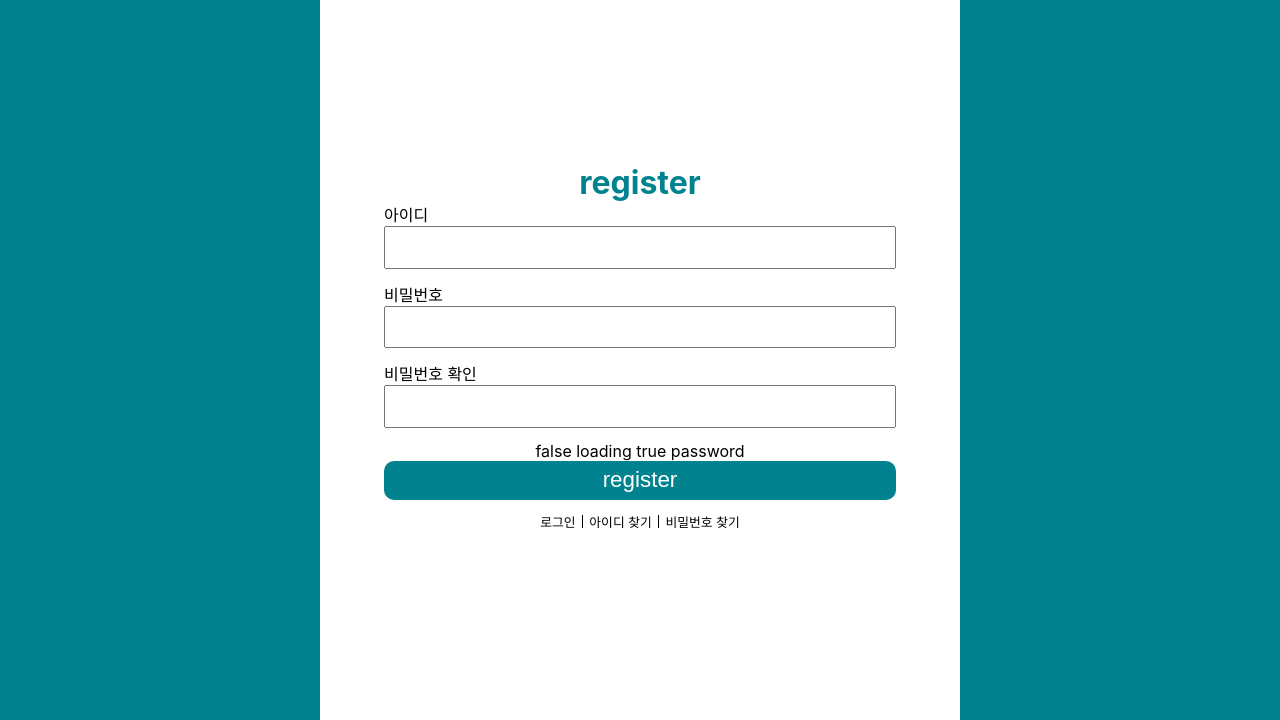
Repository: SeungYn/ticktickup-client
Page: /register
An editor plug-in stored every save of this project. The page is shown before and after the next save, followed by the edit.
The browser window is 1280 px wide. The pictures show the whole page.
The project was rebuilt for these pictures with package versions that can differ from the ones it lists, and the page was loaded fresh each time. Also part of the build but not shown: src/App.tsx, src/pages/Main.tsx, src/pages/TimeDetail.tsx, src/pages/MyInfo.tsx, src/containers/auth/LoginFormContainer.tsx, src/pages/LoginPage.tsx.

Above is the page before, as saved 2023-01-03 21:01:38.

### src/index.tsx
import React from 'react';
import ReactDOM from 'react-dom/client';
import { createBrowserRouter, RouterProvider } from 'react-router-dom';

import './index.css';
import App from './App';
import Main from './pages/Main';
import TimeDetail from './pages/TimeDetail';
import MyInfo from './pages/MyInfo';
import LoginContainer from './pages/LoginPage';
import RegisterPage from './pages/RegisterPage';
import { Provider } from 'react-redux';
import { store } from './modules';

const root = ReactDOM.createRoot(
  document.getElementById('root') as HTMLElement
);

const router = createBrowserRouter([
  {
    path: '/',
    element: <App />,
    children: [
      { index: true, element: <Main /> },
      {
        path: 'TimeDetail',
        element: <TimeDetail />,
      },
      {
        path: 'Myinfo',
        element: <MyInfo />,
      },
    ],
  },
  {
    path: 'Login',
    element: <LoginContainer />,
  },
  {
    path: 'register',
    element: <RegisterPage />,
  },
]);

root.render(
  <Provider store={store}>
    <RouterProvider router={router}></RouterProvider>
  </Provider>
);

### src/index.css
* {
  box-sizing: border-box;
}

html {
  height: 100%;
  width: 100%;
}

body {
  margin: 0;
  font-family: -apple-system, BlinkMacSystemFont, 'Segoe UI', 'Roboto', 'Oxygen',
    'Ubuntu', 'Cantarell', 'Fira Sans', 'Droid Sans', 'Helvetica Neue',
    sans-serif;
  -webkit-font-smoothing: antialiased;
  -moz-osx-font-smoothing: grayscale;
  height: 100%;
  width: 100%;
}

code {
  font-family: source-code-pro, Menlo, Monaco, Consolas, 'Courier New',
    monospace;
}

#root {
  height: 100%;
  width: 100%;
  background-color: #00838f;
  display: flex;
  justify-content: center;
}

input {
  outline: none;
}

h1,
h2 {
  margin: 0;
}

button {
  outline: none;
  background: none;
  border: none;
  cursor: pointer;
  padding: 0;
}

a {
  text-decoration: none;
  color: black;
}

a:visited {
  color: black;
}

### src/pages/RegisterPage.tsx
import React from 'react';
import RegisterFormContainer from '../containers/auth/RegisterFormContainer';

export default function RegisterPage() {
  const onSubmit = (e: React.FormEvent<HTMLFormElement>) => {
    e.preventDefault();
    console.log('submit');
  };
  return <RegisterFormContainer />;
}

### src/modules/index.ts
import { configureStore } from '@reduxjs/toolkit';
import authReducer from './auth';
import loadingReducer from './Loading';

export const store = configureStore({
  reducer: { auth: authReducer, loading: loadingReducer },
});
export type RootState = ReturnType<typeof store.getState>;
export type AppDispatch = typeof store.dispatch;

### src/containers/auth/RegisterFormContainer.tsx
import React from 'react';
import { useDispatch, useSelector } from 'react-redux';
import AuthForm from '../../components/auth/AuthForm';
import { AppDispatch, RootState } from '../../modules';
import { authRegister, changeField } from '../../modules/auth';

export default function RegisterFormContainer() {
  const { register } = useSelector((state: RootState) => state.auth);
  const { loading } = useSelector((state: RootState) => state);
  const dispatch = useDispatch<AppDispatch>();
  const onSubmit = (e: React.FormEvent<HTMLFormElement>) => {
    e.preventDefault();
    console.log('submit');
    dispatch(
      authRegister({ username: register.username, password: register.password })
    );
  };

  const onChange = (e: React.ChangeEvent<HTMLInputElement>) => {
    const { name, value } = e.target;
    dispatch(changeField({ form: 'register', name, value }));
  };

  return (
    <AuthForm
      type={'register'}
      form={register}
      onChange={onChange}
      onSubmit={onSubmit}
      loading={loading.loading}
      passwordMatch={register.passwordMatch}
    />
  );
}

### src/modules/auth.ts
import { AxiosResponse } from 'axios';
import {
  createAsyncThunk,
  createSlice,
  current,
  PayloadAction,
} from '@reduxjs/toolkit';
import { AppDispatch } from '.';
import AuthService from '../service/authService';
import { finishLoading, startLoading } from './Loading';

const authService = AuthService.getHttpInstance();

export interface AuthSuccessResponse {
  username: string;
  token: string;
}

export interface AuthFailResponse {
  error: string;
}

export type Register = {
  username: string;
  password: string;
  passwordConfirm: string;
  passwordMatch: boolean;
  [key: string]: string | boolean;
};

export type Login = {
  username: string;
  password: string;
  [key: string]: string;
};

export const authRegister = createAsyncThunk<
  { token: string; username: string },
  { username: string; password: string },
  {
    rejectValue: AuthFailResponse;
    dispatch: AppDispatch;
  }
>('auth/REGISTER', async (form, thunkAPI) => {
  console.log('async');
  console.log(thunkAPI);
  thunkAPI.dispatch(startLoading());
  try {
    const res = (await authService.signup(
      form.username,
      form.password
    )) as AxiosResponse;
    return res.data;
  } catch (e) {
    console.log(e, 'error');
    return thunkAPI.rejectWithValue({ error: e as string });
  } finally {
    thunkAPI.dispatch(finishLoading());
  }
});

export const authLogin = createAsyncThunk(
  'auth/LOGIN',
  async (form: Login, thunkAPI) => {
    thunkAPI.dispatch(startLoading());
    try {
      return { payload: { token: '123', username: '123' } };
    } catch (e) {
      return thunkAPI.rejectWithValue({ error: '123' });
    } finally {
      thunkAPI.dispatch(finishLoading());
    }
  }
);

interface InitialAuthFormState {
  register: Register;
  login: Login;
  authError: string | null | undefined;
  authDuplicateError: string | null;
  auth: null | { [key: string]: string };
}

const initialAuthFormState: InitialAuthFormState = {
  register: {
    username: '',
    password: '',
    passwordConfirm: '',
    passwordMatch: true,
  },

  login: {
    username: '',
    password: '',
  },
  authError: null,
  authDuplicateError: null,
  auth: null,
};

const authSlice = createSlice({
  name: 'authForm',
  initialState: initialAuthFormState,
  reducers: {
    changeField: (
      state,
      {
        payload,
      }: PayloadAction<{
        form: 'login' | 'register';
        value: string;
        name: string;
      }>
    ) => {
      const { form, name, value } = payload;

      state[form][name] = value;
      if (form === 'register') {
        if (state[form].password !== state[form].passwordConfirm)
          state[form].passwordMatch = false;
        else state[form].passwordMatch = true;
      }
    },
    initialForm: (
      state,
      { payload }: PayloadAction<{ form: 'login' | 'register' }>
    ) => {
      const { form } = payload;
      if (form === 'login') state[form] = initialAuthFormState[form];
      else state[form] = initialAuthFormState[form];
    },
  },
  extraReducers: (builder) => {
    builder
      .addCase(authRegister.pending, (state, action) => {
        console.log('pending auth');
      })
      .addCase(authRegister.fulfilled, (state, action) => {
        state.auth = action.payload;
        console.log('fulfilled auth');
      })
      .addCase(authRegister.rejected, (state, action) => {
        state.authError = action.payload?.error;
      })
      .addCase(authLogin.pending, (state, action) => {
        console.log('pending');
      })
      .addCase(authLogin.fulfilled, (state, action) => {
        console.log('fulfilled');
      })
      .addCase(authLogin.rejected, (state, action) => {
        console.log('rejected');
      });
  },
});

export const { changeField, initialForm } = authSlice.actions;

export default authSlice.reducer;

### src/modules/Loading.ts
import { createSlice } from '@reduxjs/toolkit';

const loadingSlice = createSlice({
  name: 'loading',
  initialState: { loading: false },
  reducers: {
    startLoading: (state) => {
      console.log('startLoading');
      state.loading = true;
    },
    finishLoading: (state) => {
      state.loading = false;
    },
  },
});

export const { startLoading, finishLoading } = loadingSlice.actions;
export default loadingSlice.reducer;

### src/components/auth/AuthForm.tsx
import styles from './authForm.modue.scss';
import classNames from 'classnames';
import AuthBtn from '../common/AuthBtn';
import { Link } from 'react-router-dom';
import { Login, Register } from '../../modules/auth';
import { AppDispatch } from '../../modules';
import React from 'react';
import { css } from 'styled-components';
const cx = classNames.bind(styles);
interface AuthFormType {
  type: string;
  form: Login | Register;
  loading?: boolean;
  passwordMatch?: boolean;
  onSubmit: (e: React.FormEvent<HTMLFormElement>) => void;
  onChange: (e: React.ChangeEvent<HTMLInputElement>) => void;
}

export default function AuthForm({
  type,
  form,
  onChange,
  onSubmit,
  loading,
  passwordMatch,
}: AuthFormType) {
  console.log(passwordMatch);
  return (
    <form className={cx('form')} onSubmit={onSubmit}>
      <h1>{type}</h1>
      <label htmlFor='username'>
        아이디
        <input
          type='text'
          name='username'
          onChange={onChange}
          value={form.username}
          required
        />
      </label>

      <label htmlFor='password'>
        비밀번호
        <input
          type='password'
          name='password'
          onChange={onChange}
          value={form.password}
          required
        />
      </label>
      {type === 'register' && (
        <label htmlFor='password'>
          비밀번호 확인{' '}
          {!passwordMatch && (
            <span className={cx({ passwordNotMatch: !passwordMatch })}>
              비밀번호를 확인해 주세요
            </span>
          )}
          <input
            type='password'
            name='passwordConfirm'
            value={form.passwordConfirm}
            className={cx({ passwordNotMatch: !passwordMatch })}
            onChange={onChange}
            required
          />
        </label>
      )}
      {`${loading} loading ${passwordMatch} password`}
      <AuthBtn title={type} />

      <div className={cx('footer')}>
        {type === 'login' ? (
          <Link to='/register' className={cx('footerBtn')}>
            회원가입
          </Link>
        ) : (
          <Link to='/login' className={cx('footerBtn')}>
            로그인
          </Link>
        )}
        <span className={cx('gap')}></span>
        <button className={cx('footerBtn')}>아이디 찾기</button>
        <span className={cx('gap')}></span>
        <button className={cx('footerBtn')}>비밀번호 찾기</button>
      </div>
    </form>
  );
}

### src/service/authService.ts
import { AxiosPromise, AxiosResponse } from 'axios';
import Http, { HttpInterface } from '../network/http';
export default class AuthService {
  private static instance: AuthService;

  private constructor(private http: HttpInterface) {}

  async signup(username: string, password: string) {
    const data = await this.http.fetch('/auth/signup', {
      method: 'POST',
      data: JSON.stringify({ username, password }),
    });
    console.log('data', data);
    return data;
  }

  public static getHttpInstance() {
    if (!AuthService.instance) {
      AuthService.instance = new AuthService(Http.getHttpInstance());
    }
    return AuthService.instance;
  }
}

### src/components/auth/authForm.modue.scss
@import '../../styles/utils.scss';

.form {
  width: 50%;
  height: 100%;
  display: flex;
  flex-direction: column;
  justify-content: center;
  align-items: center;
  background-color: $backgroundColor;

  padding: 0 4rem;

  & *:not(label) {
    margin-bottom: 0.8rem;
  }

  & > h1 {
    margin: 0;
    color: $main-color;
  }

  & input {
    font-size: 1.4rem;
    padding: 0.4rem 0;
  }

  & label {
    width: 100%;
    display: flex;
    flex-direction: column;
  }
}

.footer {
  display: flex;
  align-items: center;
}

.gap {
  display: inline-block;
  height: 0.8rem;
  border-left: 1px solid black;
}

.footerBtn {
  font-size: 0.8rem;
  padding: 0 0.4rem;
}

.passwordNotMatch {
  color: red;
}

@media (max-width: 800px) {
  .form {
  }
}

### src/components/common/AuthBtn.tsx
import styled from 'styled-components';

interface AuthBtnType {
  title: string;
}

const StyledInput = styled.button`
  width: 100%;

  font-size: 1.4rem;
  border: none;
  background: #00838f;
  border-radius: 10px;
  padding: 0.4rem 0;
  color: white;
  &:hover {
    cursor: pointer;
  }
`;

export default function AuthBtn({ title }: AuthBtnType) {
  return <StyledInput>{title}</StyledInput>;
}

### src/network/http.ts
import axios, {
  AxiosError,
  AxiosInstance,
  AxiosInterceptorOptions,
  AxiosRequestConfig,
  AxiosResponse,
} from 'axios';

export interface HttpInterface {
  fetch: (
    url: string,
    options: AxiosRequestConfig
  ) => Promise<AxiosResponse | AxiosError>;
}

export default class Http implements HttpInterface {
  private static instance: Http;
  private readonly client: AxiosInstance;
  private constructor(baseURL: string) {
    this.client = axios.create({
      baseURL: baseURL,
      withCredentials: true,
    });
  }

  async fetch(
    url: string,
    options: AxiosRequestConfig
  ): Promise<AxiosResponse > {
    this.client.defaults.headers.post['Content-Type'] = 'application/json';
    const { data, method, headers } = options;
    const request = {
      url,
      method,
      headers: {
        ...headers,
      },
      data,
    };
    let res: AxiosResponse;

    try {
      res = await this.client(request);
      return res;
    } catch (e) {
      if (axios.isAxiosError(e)) {
        const message = e.response?.data?.message;
        if (message) {
          console.error(message);
          throw new Error(message);
        }
      }
      throw new Error('Connect Error');
    }
  }
  public static getHttpInstance() {
    if (!Http.instance) {
      Http.instance = new Http(process.env.REACT_APP_BASE_URL as string);
    }
    return Http.instance;
  }
}

const a: HttpInterface = Http.getHttpInstance();

### src/styles/utils.scss
@import '~include-media/dist/include-media';

$red: #fa5252;
$orange: #fd7e14;
$yellow: #fcc419;
$green: #40c057;
$blue: #339af0;
$indigo: #5c7cfa;
$violet: #7950f2;
$backgroundColor: white;
$main-color: #00838f;
$font-size-medium: 1.2rem;
@mixin square($size) {
  $calculated: 32px * $size;
  width: $calculated;
  height: $calculated;
}

Loaded but not shown: public/index.html (common file)

After the next save:
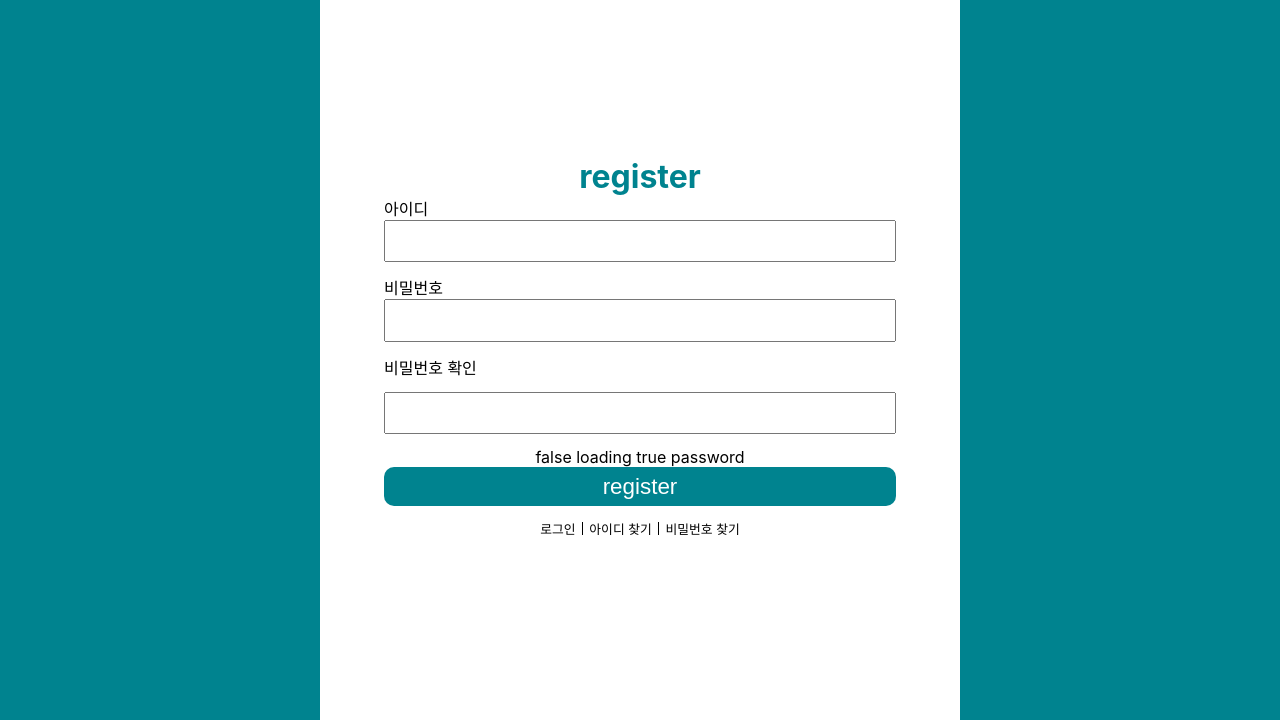
Saved 50 s later.
--- a/src/components/auth/AuthForm.tsx
+++ b/src/components/auth/AuthForm.tsx
@@ -51,7 +51,7 @@ export default function AuthForm({
       </label>
       {type === 'register' && (
         <label htmlFor='password'>
-          비밀번호 확인{' '}
+          <span>비밀번호 확인</span>{' '}
           {!passwordMatch && (
             <span className={cx({ passwordNotMatch: !passwordMatch })}>
               비밀번호를 확인해 주세요
